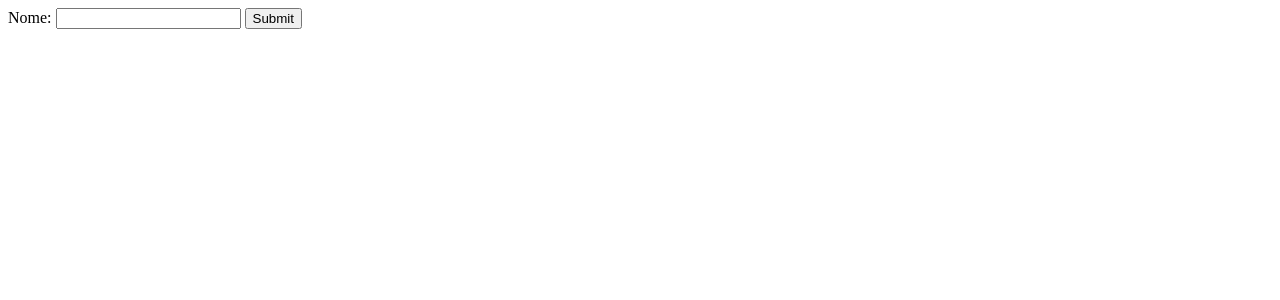
Repository: EduardoBrugneroto/basicoDeTomcat
Page: gerenciador/WebContent/formNovaEmpresa.html
An editor plug-in stored every save of this project. The page is shown before and after the next save, followed by the edit.
The browser window is 1280 px wide. The pictures show the whole page.

Above is the page before, as saved 2021-07-23 17:38:37.

After the next save:
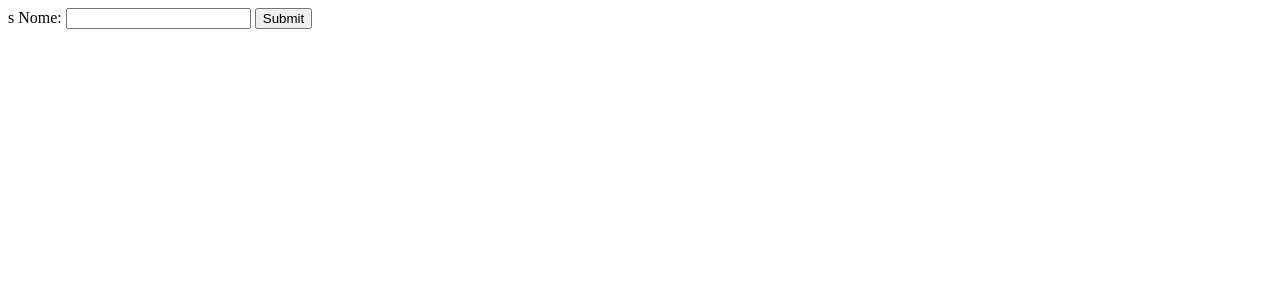
Saved 2 min 0 s later.
--- a/gerenciador/WebContent/formNovaEmpresa.html
+++ b/gerenciador/WebContent/formNovaEmpresa.html
@@ -5,7 +5,7 @@
 <title>Insert title here</title>
 </head>
 <body>
-	<form action="/gerenciador/novaEmpresa" method="get">
+	<form action="/gerenciador/formNovaEmpresa" method="get">s
 	Nome: <input type="text" name="Nome"/>
 	<input type="submit"/>
 	</form>

After the save that followed:
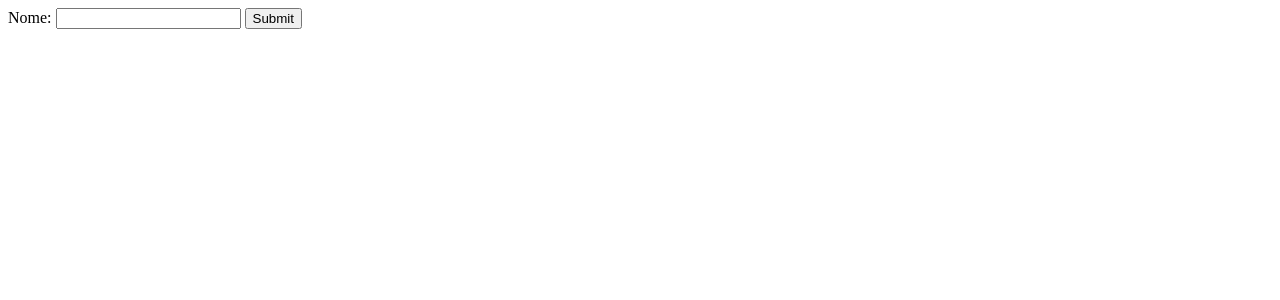
Saved 25 s later.
--- a/gerenciador/WebContent/formNovaEmpresa.html
+++ b/gerenciador/WebContent/formNovaEmpresa.html
@@ -5,7 +5,7 @@
 <title>Insert title here</title>
 </head>
 <body>
-	<form action="/gerenciador/formNovaEmpresa" method="get">s
+	<form action="/gerenciador/formNovaEmpresa" method="get">
 	Nome: <input type="text" name="Nome"/>
 	<input type="submit"/>
 	</form>
